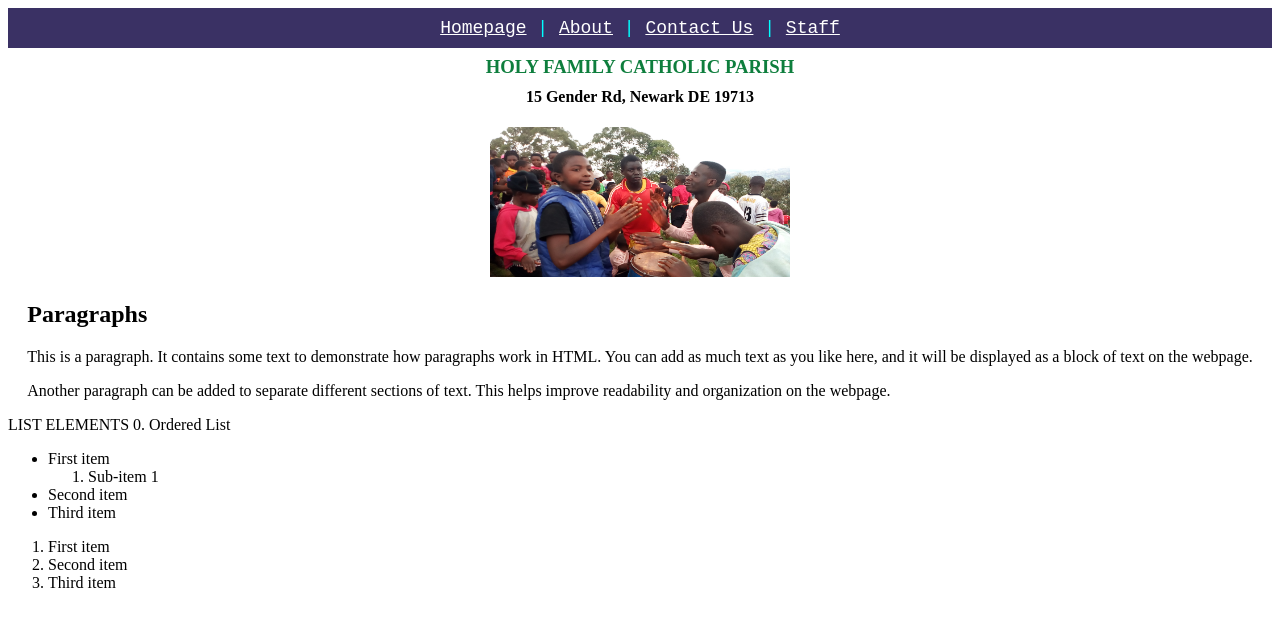
Repository: ficotims/HTML-RESTART
Page: Homepage.html
These files come from the project's save history. The page is drawn as it stood at one moment and after the next save; the edit follows.
The browser window is 1280 px wide. The pictures show the whole page.

Above is the page before, as saved 2026-02-10 17:18:54.

After the next save:
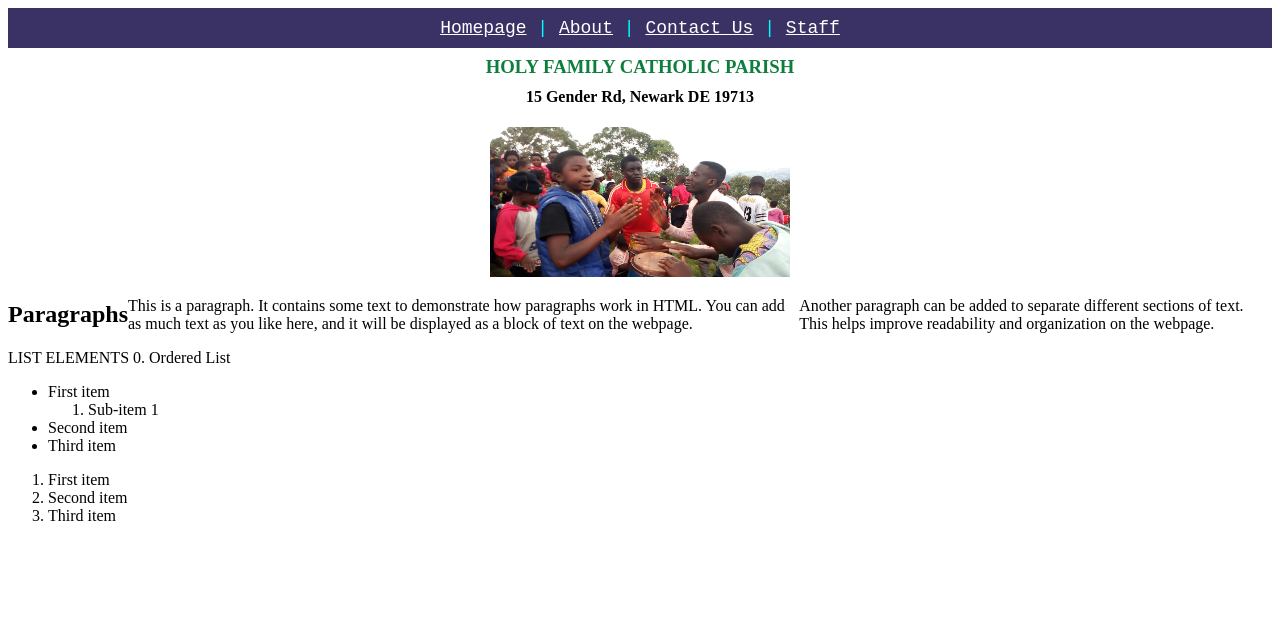
Saved 80 s later.
--- a/Homepage.html
+++ b/Homepage.html
@@ -27,7 +27,6 @@
       </div>
 
       <section class="container">
-        <div class="box">
           <h2>Paragraphs</h2>
           <p>This is a paragraph. It contains some text to demonstrate how paragraphs work in HTML. You can add as much text as you like here, and it will be displayed as a block of text on the webpage.</p>
           <p>Another paragraph can be added to separate different sections of text. This helps improve readability and organization on the webpage.</p>
